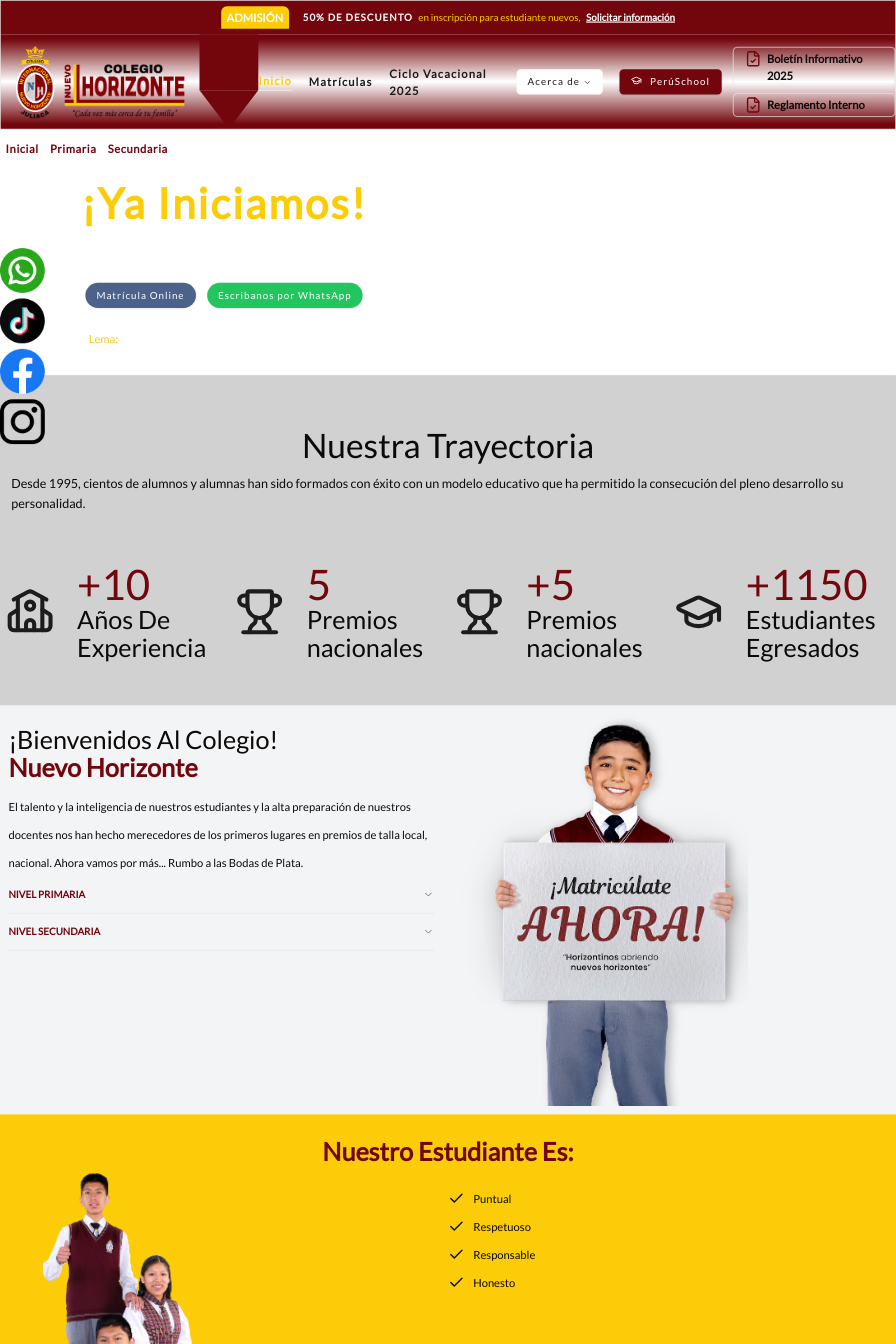
Repository: jefrydep/new_horizont_school
Page: /
An editor plug-in stored every save of this project. The page is shown before and after the next save, followed by the edit.
The browser window is 1280 px wide. The pictures show the part of the page from y = 0 to 1920 px (the page is 4331 px tall), at 70% of full size.
The project was rebuilt for these pictures with package versions that can differ from the ones it lists, and the page was loaded fresh each time. The framework's server and built-in components were replaced by stand-ins that run in the browser. Also part of the build but not shown: next.config.ts.

Above is the page before, as saved 2024-12-05 20:29:32.

### src/app/layout.tsx
import type { Metadata } from "next";
import "./globals.css";
import Navbar from "@/components/Navbar";
import Footer from "@/components/Footer";


import { Lato } from 'next/font/google'

const lato = Lato({
  weight: '400',
  subsets: ['latin'],
  display: 'swap',
})

export const metadata: Metadata = {
  title: "COLEGIO INTERNACIONAL NUEVO HORIZONTE - JULIACA",
  description: "el mejor colegio de JULIACA,Colegio internacional nuevo horizonte",
};

export default function RootLayout({
  children,
}: Readonly<{
  children: React.ReactNode;
}>) {
  return (
    <html lang="es">

      <body
        className={` ${lato.className} antialiased `}
      >

        <div className="">
          <Navbar />
        </div>
        <main className="   ">

          {children}
          <div className="flex flex-col fixed  bottom-2     z-50   sm:top-1/2  gap-2">
            <a href="https://wa.me/+51999070701?text=Me%20gustar%C3%ADa%20recibir%20m%C3%A1s%20informaci%C3%B3n%20sobre%20el%20proceso%20de%20matr%C3%ADcula,%20requisitos%20y%20fechas%20importantes.%20Agradecer%C3%ADa%20su%20orientaci%C3%B3n%20para%20poder%20completar%20mi%20inscripci%C3%B3n%20de%20manera%20adecuada.%0A%0AQuedo%20atento%20a%20su%20respuesta.%0A%0ASaludos%20cordiales,%0A" target="_blank">
              {/* Solicitar información */}
              <img src="/whatsapp.png" alt="" className=" animate-bounce h-11  sm:h-16" />
            </a>

            <a href="https://www.tiktok.com/@colegionuevohorizonte" target="_blank">
              {/* Solicitar información */}
              <img src="/tik-tok.png" alt="" className=" animate-bounce h-11  sm:h-16 " />
            </a>
            <a href="https://www.facebook.com/internuevohorizonte  " target="_blank">
              {/* Solicitar información */}
              <img src="/facebook.png" alt="" className=" animate-bounce h-11  sm:h-16 " />
            </a>
            <a href="https://www.instagram.com/colegionuevohorizontejuliaca" target="_blank">
              {/* Solicitar información */}
              <img src="/instagram.png" alt="" className=" animate-bounce h-11  sm:h-16" />
            </a>
          </div>
        </main>
        <Footer />
      </body>
    </html>
  );
}

### src/app/page.tsx
import Form from "@/components/Form";
import Hero from "@/components/Hero";
import Location from "@/components/Location";
import PresentationCard from "@/components/PresentationCard";
import RegisterCard from "@/components/RegisterCard";
import StudentCard from "@/components/StudentCard";
import TrajectoryCard from "@/components/TrajectoryCard";

export default function Home() {
  return (
    <div className="">
      <Hero colorWave="#fff" title="¡Ya Iniciamos!" subtitle="ADMISION" year="2025" />
      <TrajectoryCard />
      <PresentationCard title="¡Bienvenidos Al Colegio!" subtitle="Nuevo Horizonte" />
      <StudentCard title="Nuestro Estudiante Es:" />
      <RegisterCard title="Proceso De Matrícula 2025" />
      <Form />
      <Location/>
    </div>
  );
}

### src/components/Navbar.tsx
"use client";
import Link from "next/link";
import { Button } from "./ui/button";
import { usePathname } from "next/navigation";
import {
  NavigationMenu,
  NavigationMenuContent,
  NavigationMenuItem,
  NavigationMenuLink,
  NavigationMenuList,
  NavigationMenuTrigger,
} from "@/components/ui/navigation-menu";
import { navigationMenuTriggerStyle } from "@/components/ui/navigation-menu";
import {
  Sheet,
  SheetContent,
  // SheetDescription,
  SheetHeader,
  SheetTitle,
  SheetTrigger,
} from "@/components/ui/sheet";
import { FileCheck, GraduationCapIcon } from "lucide-react";

const navMenu = [
  { id: "1", path: "/", title: "Inicio" },
  { id: "2", path: "/newstudent/", title: "Matrículas" },
  { id: "3", path: "/vacation/", title: "Ciclo Vacacional 2025" },
  // { id: "4", path: "/workshops", title: "Talleres" },
  // { id: "5", path: "/academy", title: "Academia" },
];

export default function Navbar() {
  const pathname = usePathname();

  return (
    <div className="  border  z-50  shadow-sm  w-full  fixed bg-white       ">
      <div className="bg-title  px-2 sm:px-4 sm:py-2 w-full ">
        <div className=" flex gap-2 sm:gap-5  justify-center items-center  ">
          <div className="text-white font-bold bg-subtitle px-2 py-1 rounded-t-lg">
            ADMISIÓN
          </div>
          <div className="flex items-center gap-2 text-xs sm:text-sm ">
            <p className=" font-semibold sm:font-bold   sm:tracking-widest text-white">
              50% DE DESCUENTO{" "}
            </p>
            <span className="hidden sm:block text-subtitle  ">
              en inscripción para estudiante nuevos,
            </span>
            <span className="font-semibold   underline text-white">
              <a
                href="https://wa.me/+51999070701?text=Me%20gustar%C3%ADa%20recibir%20m%C3%A1s%20informaci%C3%B3n%20sobre%20el%20proceso%20de%20matr%C3%ADcula,%20requisitos%20y%20fechas%20importantes.%20Agradecer%C3%ADa%20su%20orientaci%C3%B3n%20para%20poder%20completar%20mi%20inscripci%C3%B3n%20de%20manera%20adecuada.%0A%0AQuedo%20atento%20a%20su%20respuesta.%0A%0ASaludos%20cordiales,%0A"
                target="_blank"
              >
                Solicitar información
              </a>
            </span>
          </div>
        </div>
      </div>
      <div className="bg-gradient-to-b from-title from-5% via-white via-50% to-title to-95% ">
        <nav className="container font-bold     sticky top-8   flex justify-between items-center m-auto">
          {/* Logo y texto del colegio */}
          <div className="flex items-center">
            <div className=" ">
              <img
                src="/LOGO.png"
                alt="Logo nuevo horizonte"
                className="h-24 sm:h-28"
              />
            </div>
          </div>
          <div className="hidden sm:block">
            <div className="flex flex-col items-center  ">
              <div className=" w-[84px] h-[40px]  sm:h-[80px] bg-title"></div>

              <div className="w-0 h-0 border-l-[42px] border-l-transparent border-r-[42px] border-r-transparent border-t-[55px] border-title"></div>
            </div>
          </div>
          {/* <div className="w-0 h-0 border-l-[20px] border-l-transparent border-r-[20px] border-r-transparent border-t-[40px] border-t-blue-500"></div> */}

          {/* Menú de navegación en pantallas grandes */}

          <div className="hidden sm:flex gap-6 items-center text-secondary tracking-widest">
            {navMenu.map((item) => (
              <Link
                key={item.id}
                href={item.path}
                className={`hover:text-title ${
                  item.path === pathname ? "text-subtitle border-b-2" : ""
                }`}
              >
                {item.title}
              </Link>
            ))}

            {/* Menú desplegable */}
            <NavigationMenu>
              <NavigationMenuList>
                <NavigationMenuItem>
                  <NavigationMenuTrigger>Acerca de</NavigationMenuTrigger>
                  <NavigationMenuContent className="w-max px-2 py-4">
                    {/* <Link href="/about"  passHref> */}
                    <NavigationMenuLink
                      href="/about/"
                      className={navigationMenuTriggerStyle()}
                    >
                      Quiénes Somos
                    </NavigationMenuLink>
                    {/* </Link> */}
                    {/* <Link href="/vision" passHref> */}
                    <NavigationMenuLink
                      href="/vision"
                      className={navigationMenuTriggerStyle()}
                    >
                      Visión y Misión
                    </NavigationMenuLink>
                    {/* </Link> */}
                    {/* <Link href="/team" passHref> */}
                    <NavigationMenuLink
                      href="/team"
                      className={navigationMenuTriggerStyle()}
                    >
                      Nuestro Equipo
                    </NavigationMenuLink>
                    {/* </Link> */}

                    {/* <Link href="/infrastructure" passHref> */}
                    <NavigationMenuLink
                      href="/infrastructure"
                      className={navigationMenuTriggerStyle()}
                    >
                      Infraestructura
                    </NavigationMenuLink>
                    {/* </Link> */}
                  </NavigationMenuContent>
                </NavigationMenuItem>
              </NavigationMenuList>
            </NavigationMenu>

            <Button className="text-white  mr-4 bg-title hover:bg-[#bd3c40e8]  ">
              <a
                target="_blank"
                className="flex gap-3"
                href="https://www.peruschool.com.pe/NHJuliaca"
              >
                <GraduationCapIcon /> PerúSchool
              </a>
            </Button>
          </div>
          <div className="   flex-col flex gap-2 ">
            <div className="sm:flex gap-2 border  hidden rounded-md px-4 py-1  ">
              <div className="text-title">
                <FileCheck />
              </div>
              <a href="/boletin.pdf" target="_blank">
                Boletín Informativo 2025
              </a>
            </div>
            <div className="sm:flex gap-2 border  hidden rounded-md px-4 py-1 ">
              <div className="text-title">
                <FileCheck />
              </div>
              <a href="/Reglamento Interno.pdf" target="_blank">
                Reglamento Interno
              </a>
            </div>
          </div>
          <Sheet>
            <SheetTrigger asChild className=" mr-2 sm:hidden rounded-md">
              <svg
                className="w-10 h-10"
                fill="none"
                stroke="currentColor"
                viewBox="0 0 24 24"
                xmlns="http://www.w3.org/2000/svg"
              >
                <path
                  strokeLinecap="round"
                  strokeLinejoin="round"
                  strokeWidth="2"
                  d="M4 6h16M4 12h16M4 18h16"
                ></path>
              </svg>
            </SheetTrigger>
            <SheetContent>
              <SheetHeader>
                <SheetTitle className="text-title ">
                  <div className="  flex justify-center">
                    <img src="/ISOLOGO.png" alt="Logo" className="h-36" />
                  </div>
                </SheetTitle>
                {/* <SheetDescription>
                El talento y la inteligencia de nuestros alumnos y la alta preparación de nuestros profesores nos han hecho merecedores de los primeros lugares en premios de talla local, nacional. Ahora vamos por más...
              </SheetDescription> */}
              </SheetHeader>
              <hr className="border-title mb-5" />
              <div className="flex gap-2  text-center mb-5 ">
                <div className="text-title">
                  <FileCheck />
                </div>
                <a href="/boletin.pdf" target="_blank">
                  Boletín Informativo 2025
                </a>
              </div>
              <div className=" flex gap-2  text-center mb-5    ">
                <div className="text-title">
                  <FileCheck />
                </div>
                <a href="/Reglamento Interno.pdf" target="_blank">
                  Reglamento Interno
                </a>
              </div>
              <div className=" flex flex-col   gap-6 items-center text-secondary tracking-widest">
                {navMenu.map((item) => (
                  <Link
                    key={item.id}
                    href={item.path}
                    className={`${
                      item.path === pathname ? "text-subtitle border-b-2" : ""
                    }`}
                  >
                    {item.title}
                  </Link>
                ))}

                {/* Menú desplegable  en moviles*/}
                <NavigationMenu>
                  <NavigationMenuList>
                    <NavigationMenuItem>
                      <NavigationMenuTrigger>Acerca de</NavigationMenuTrigger>
                      <NavigationMenuContent className="w-max flex   flex-col px-2 py-4">
                        {/* <Link href="/about"  passHref> */}
                        <NavigationMenuLink
                          href="/about"
                          className={navigationMenuTriggerStyle()}
                        >
                          Quiénes Somos
                        </NavigationMenuLink>
                        {/* </Link> */}
                        {/* <Link href="/vision" passHref> */}
                        <NavigationMenuLink
                          href="/vision"
                          className={navigationMenuTriggerStyle()}
                        >
                          Visión y Misión
                        </NavigationMenuLink>
                        {/* </Link> */}
                        {/* <Link href="/team" passHref> */}
                        <NavigationMenuLink
                          href="/team"
                          className={navigationMenuTriggerStyle()}
                        >
                          Nuestro Equipo
                        </NavigationMenuLink>
                        {/* </Link> */}

                        {/* <Link href="/infrastructure" passHref> */}
                        <NavigationMenuLink
                          href="/infrastructure"
                          className={navigationMenuTriggerStyle()}
                        >
                          Infraestructura
                        </NavigationMenuLink>
                        {/* </Link> */}
                      </NavigationMenuContent>
                    </NavigationMenuItem>
                  </NavigationMenuList>
                </NavigationMenu>

                <Button className="text-white  mr-4 bg-title ">
                  <a
                    target="_blank"
                    className="flex gap-3"
                    href="https://www.peruschool.com.pe/NHJuliaca"
                  >
                    <GraduationCapIcon /> PerúSchool
                  </a>
                </Button>
              </div>
            </SheetContent>
          </Sheet>

          {/* Menú hamburguesa en pantallas pequeñas */}
        </nav>
      </div>

      {/* Menú desplegable en móviles */}
    </div>
  );
}

### src/components/Location.tsx

export default function Location() {
    return (
        <div className='w-full container m-auto bg-red-400'>
            {/* <iframe src="https://www.google.com/maps/embed?pb=!1m18!1m12!1m3!1d3844.9316625787906!2d-70.12231792745375!3d-15.488107585110283!2m3!1f0!2f0!3f0!3m2!1i1024!2i768!4f13.1!3m3!1m2!1s0x9167f3956c2bda63%3A0x64c4524617e0482a!2sColegio%20Nuevo%20Horizonte!5e0!3m2!1ses-419!2spe!4v1731094832258!5m2!1ses-419!2spe" width="600" height="450" style="border:0;" allowfullscreen="" loading="lazy" referrerpolicy="no-referrer-when-downgrade"></iframe> */}
            <iframe src="https://www.google.com/maps/embed?pb=!1m18!1m12!1m3!1d3844.9316625787906!2d-70.12231792745375!3d-15.488107585110283!2m3!1f0!2f0!3f0!3m2!1i1024!2i768!4f13.1!3m3!1m2!1s0x9167f3956c2bda63%3A0x64c4524617e0482a!2sColegio%20Nuevo%20Horizonte!5e0!3m2!1ses-419!2spe!4v1731094832258!5m2!1ses-419!2spe" width="100%" height="450"   loading="lazy"  ></iframe>
        </div>
    )
}

### src/components/ui/textarea.tsx
import * as React from "react"

import { cn } from "@/lib/utils"

const Textarea = React.forwardRef<
  HTMLTextAreaElement,
  React.ComponentProps<"textarea">
>(({ className, ...props }, ref) => {
  return (
    <textarea
      className={cn(
        "flex min-h-[60px] w-full rounded-md border border-gray-600 bg-transparent px-3 py-2 text-base shadow-sm placeholder:text-muted-foreground focus-visible:outline-none focus-visible:ring-1 focus-visible:ring-ring disabled:cursor-not-allowed disabled:opacity-50 md:text-sm",
        className
      )}
      ref={ref}
      {...props}
    />
  )
})
Textarea.displayName = "Textarea"

export { Textarea }

### src/components/ui/input.tsx
import * as React from "react"

import { cn } from "@/lib/utils"

const Input = React.forwardRef<HTMLInputElement, React.ComponentProps<"input">>(
  ({ className, type, ...props }, ref) => {
    return (
      <input
        type={type}
        className={cn(
          "flex h-9 w-full rounded-md border  border-gray-600 bg-transparent  px-3 py-1 text-base shadow-sm transition-colors file:border-0 file:bg-transparent file:text-sm file:font-medium file:text-foreground placeholder:text-muted-foreground focus-visible:outline-none focus-visible:ring-1 focus-visible:ring-ring disabled:cursor-not-allowed disabled:opacity-50 md:text-sm",
          className
        )}
        ref={ref}
        {...props}
      />
    )
  }
)
Input.displayName = "Input"

export { Input }

Loaded but not shown: src/lib/utils.ts (common file); src/app/data/data.ts (459 lines, source omitted); src/components/RegisterCard.tsx (178 lines, source omitted); src/components/Hero.tsx (158 lines, source omitted); src/components/ui/navigation-menu.tsx (128 lines, source omitted); src/components/Form.tsx (162 lines, source omitted); src/components/ui/sheet.tsx (140 lines, source omitted); src/components/Footer.tsx (97 lines, source omitted); src/components/TrajectoryCard.tsx (65 lines, source omitted); src/components/PresentationCard.tsx (66 lines, source omitted); src/app/globals.css (97 lines, source omitted); tailwind.config.ts (91 lines, source omitted); src/components/ui/accordion.tsx (57 lines, source omitted); src/components/ui/button.tsx (57 lines, source omitted); src/components/StudentCard.tsx (57 lines, source omitted)

After the next save:
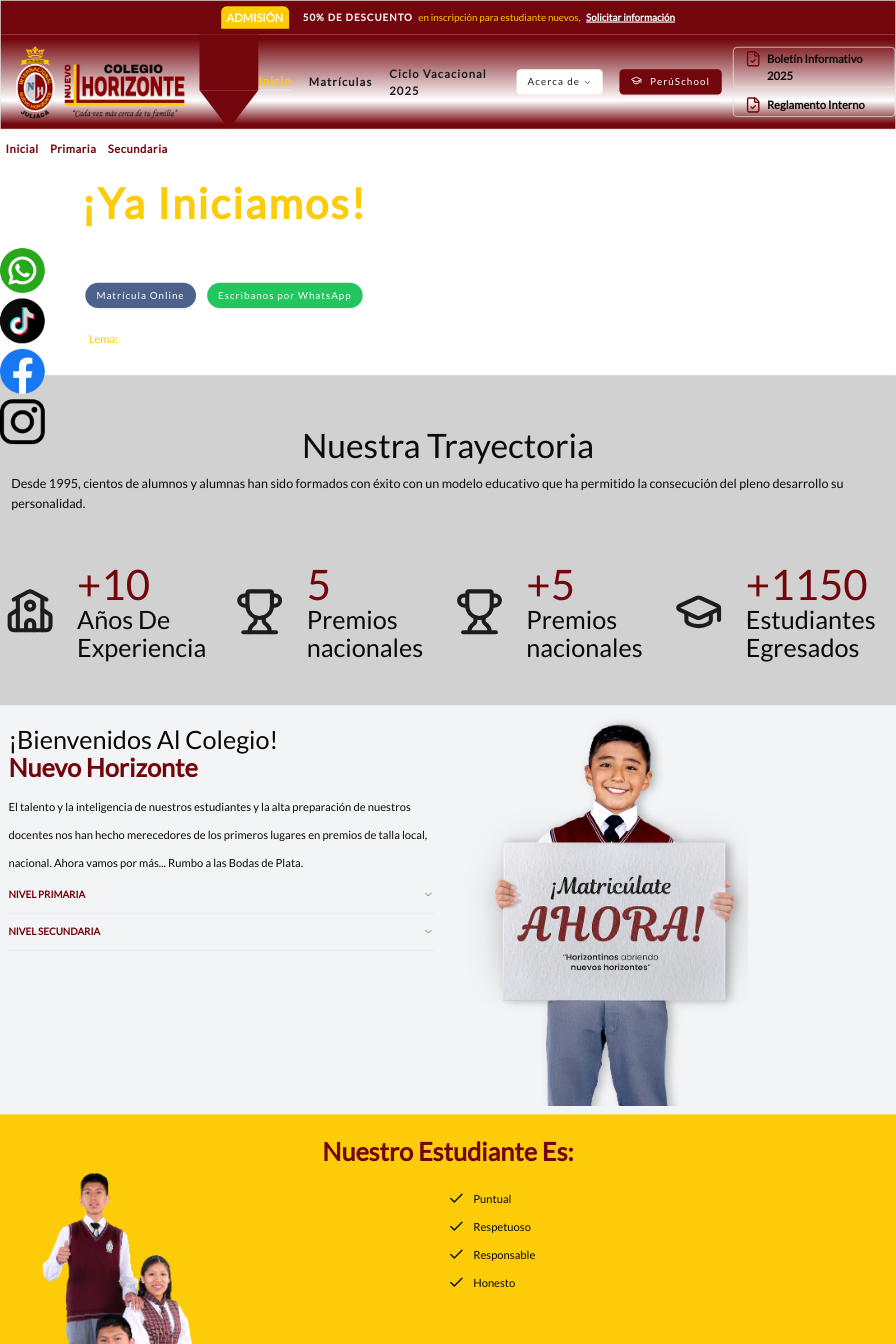
Saved 9 s later.
--- a/src/components/Navbar.tsx
+++ b/src/components/Navbar.tsx
@@ -57,7 +57,7 @@
           </div>
         </div>
       </div>
-      <div className="bg-gradient-to-b from-title from-5% via-white via-50% to-title to-95% ">
+      <div className="bg-gradient-to-b from-title from-5% via-white via-70% to-title to-95% ">
         <nav className="container font-bold     sticky top-8   flex justify-between items-center m-auto">
           {/* Logo y texto del colegio */}
           <div className="flex items-center">

After the save that followed:
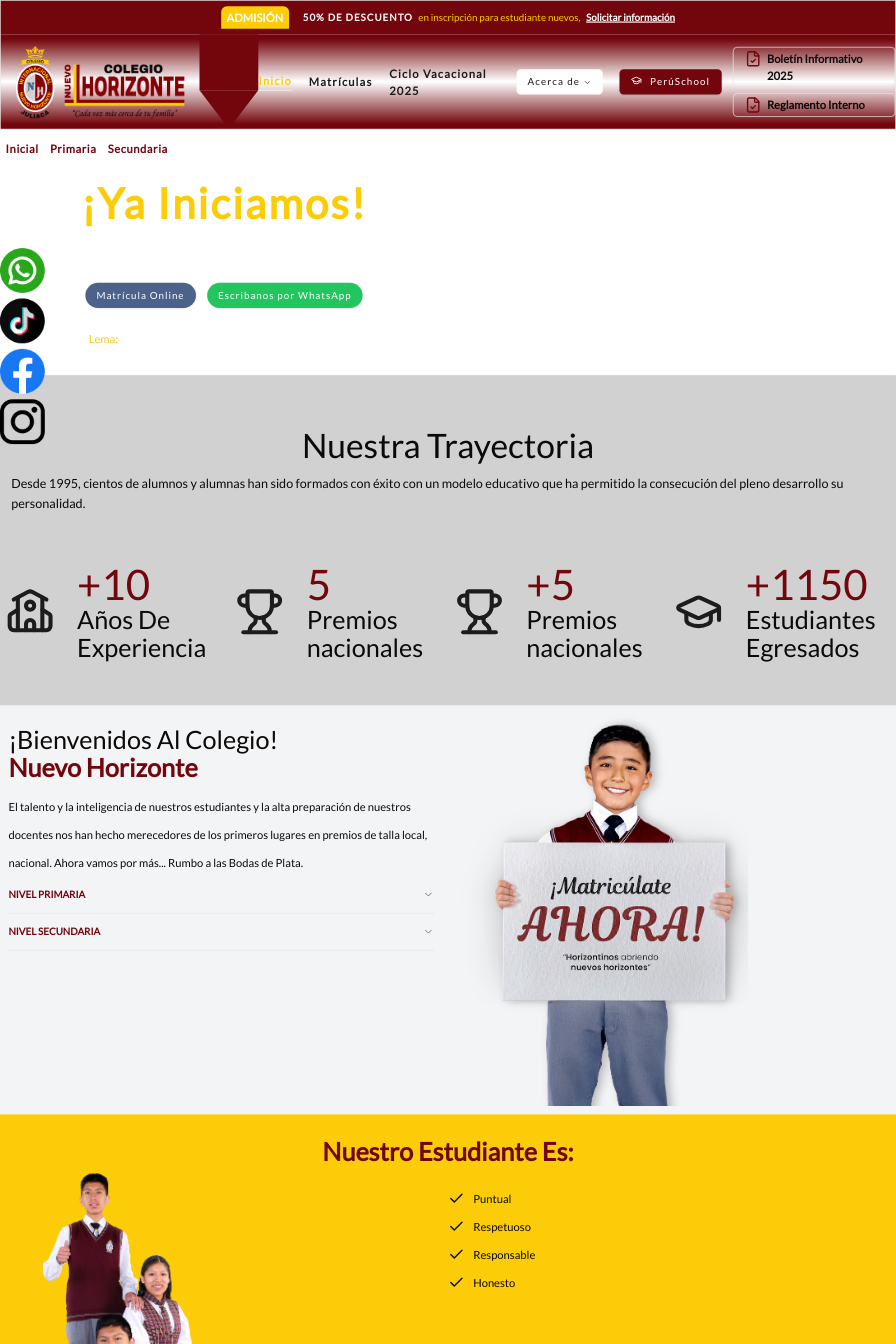
Saved 7 s later.
--- a/src/components/Navbar.tsx
+++ b/src/components/Navbar.tsx
@@ -57,7 +57,7 @@
           </div>
         </div>
       </div>
-      <div className="bg-gradient-to-b from-title from-5% via-white via-70% to-title to-95% ">
+      <div className="bg-gradient-to-b from-title from-5% via-white via-50% to-title to-95% ">
         <nav className="container font-bold     sticky top-8   flex justify-between items-center m-auto">
           {/* Logo y texto del colegio */}
           <div className="flex items-center">
